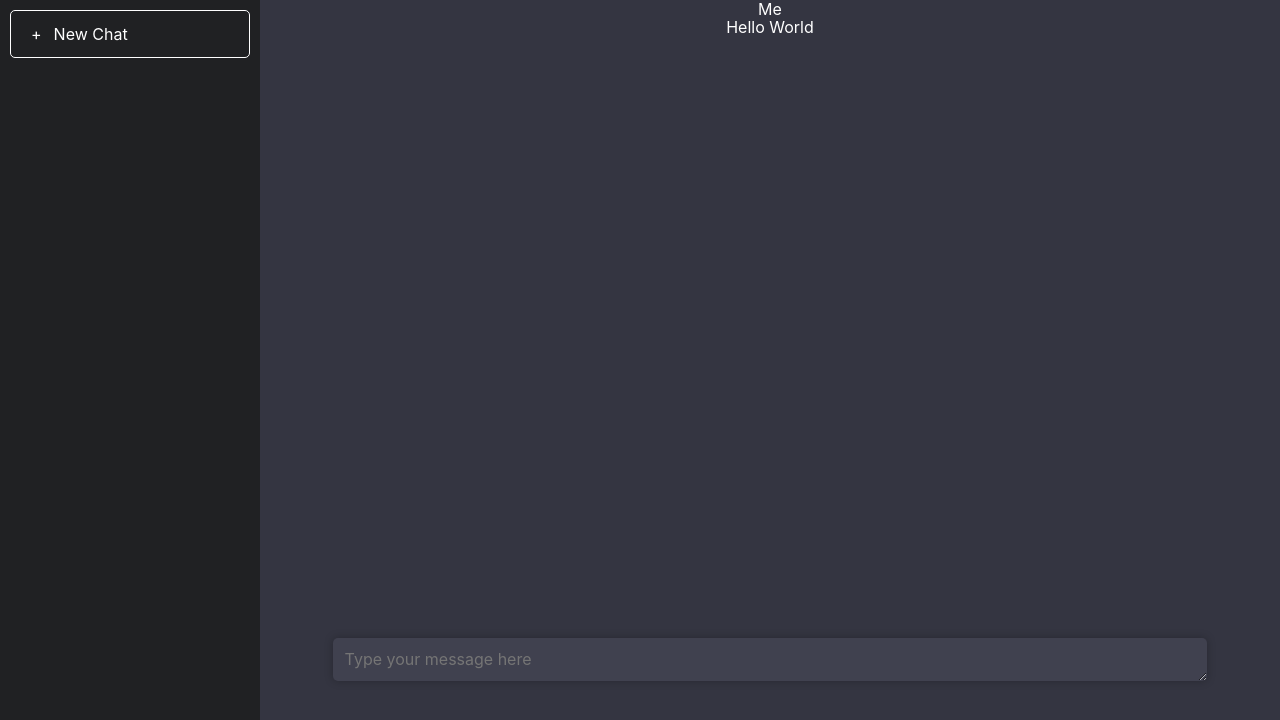
Repository: lancenigel/ChatGPT-Clone
Page: / (app in client/)
These files come from the project's save history. The page is drawn as it stood at one moment and after the next save; the edit follows.
The browser window is 1280 px wide. The pictures show the whole page.
The project was rebuilt for these pictures with package versions that can differ from the ones it lists, and the page was loaded fresh each time.

Above is the page before, as saved 2024-02-04 00:36:24.

After the next save:
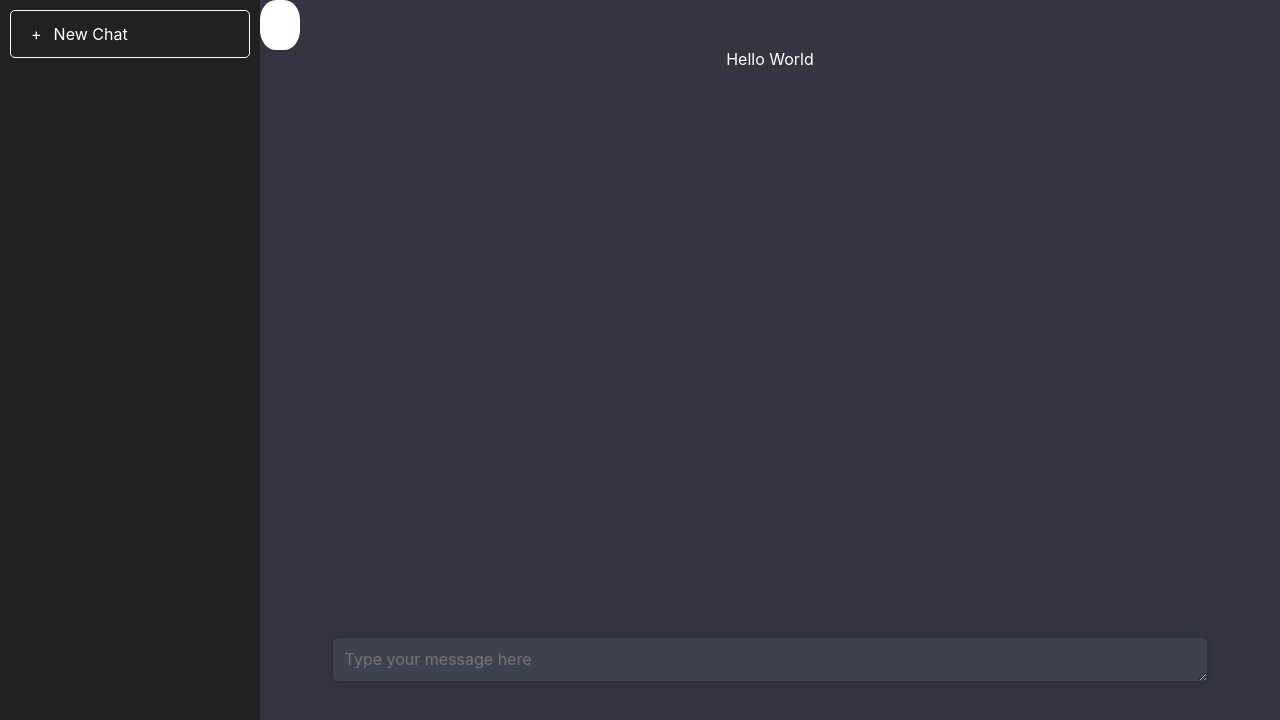
Saved 75 s later.
--- a/client/src/App.css
+++ b/client/src/App.css
@@ -12,6 +12,27 @@
   background-color: #343541;
   position:relative;
 }
+
+.chat-log{
+  padding:
+}
+
+.chat-message{
+
+}
+
+.avatar{
+  background: white;
+  border-radius: 40%;
+  width: 40px;
+  height: 50px;
+}
+
+.message{
+
+
+}
+
 
 .chat-input-holder {
   padding: 24px;
